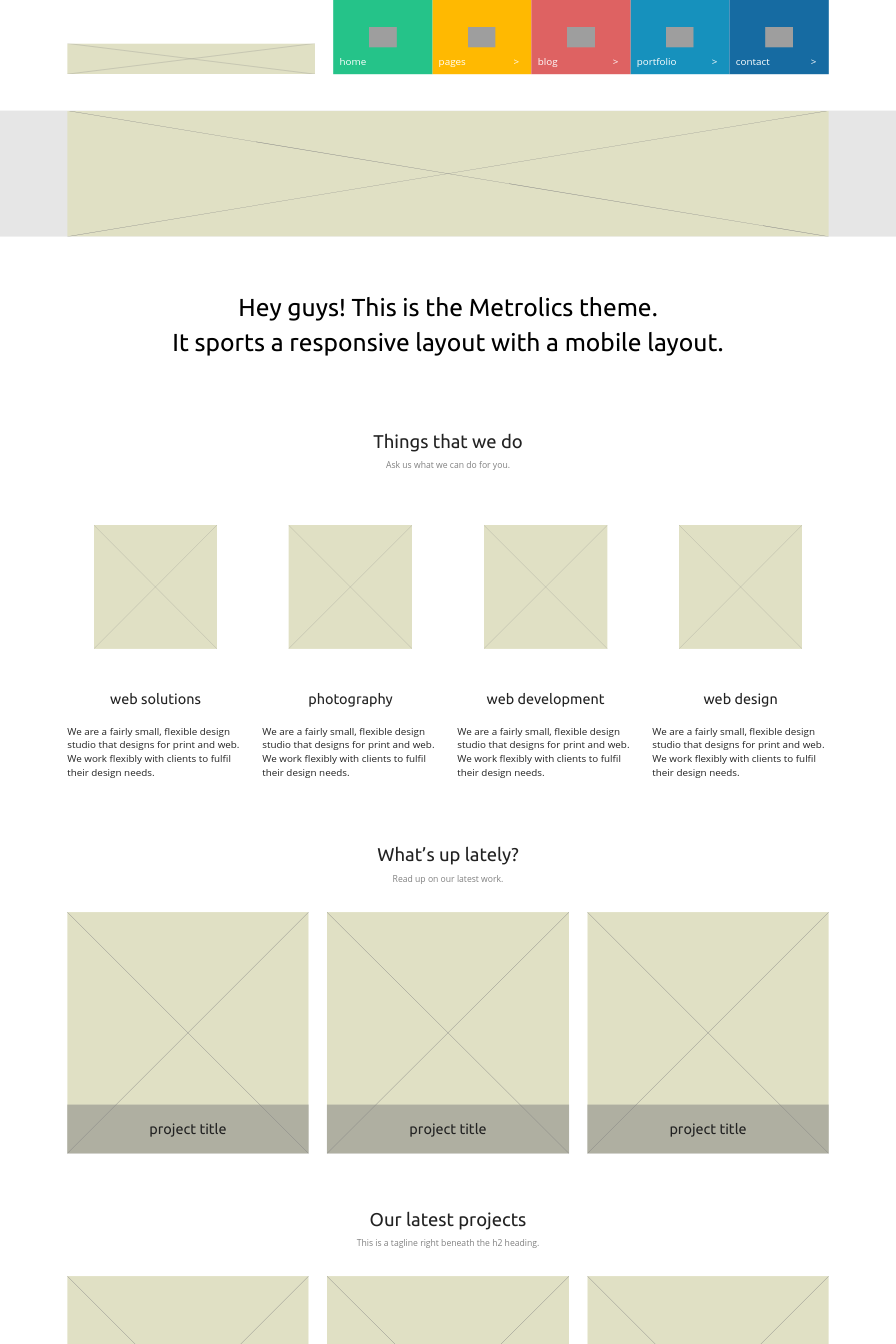
Repository: eilidhma/metrolics
Page: index.html
These files come from the project's save history. The page is drawn as it stood at one moment and after a run of saves; the edit follows.
The browser window is 1280 px wide. The pictures show the part of the page from y = 0 to 1920 px (the page is 3636 px tall), at 70% of full size.
Pictures or frames that could not be fetched are drawn as grey boxes.

Above is the page before, as saved 2021-02-12 16:33:59.

After the next 2 saves:
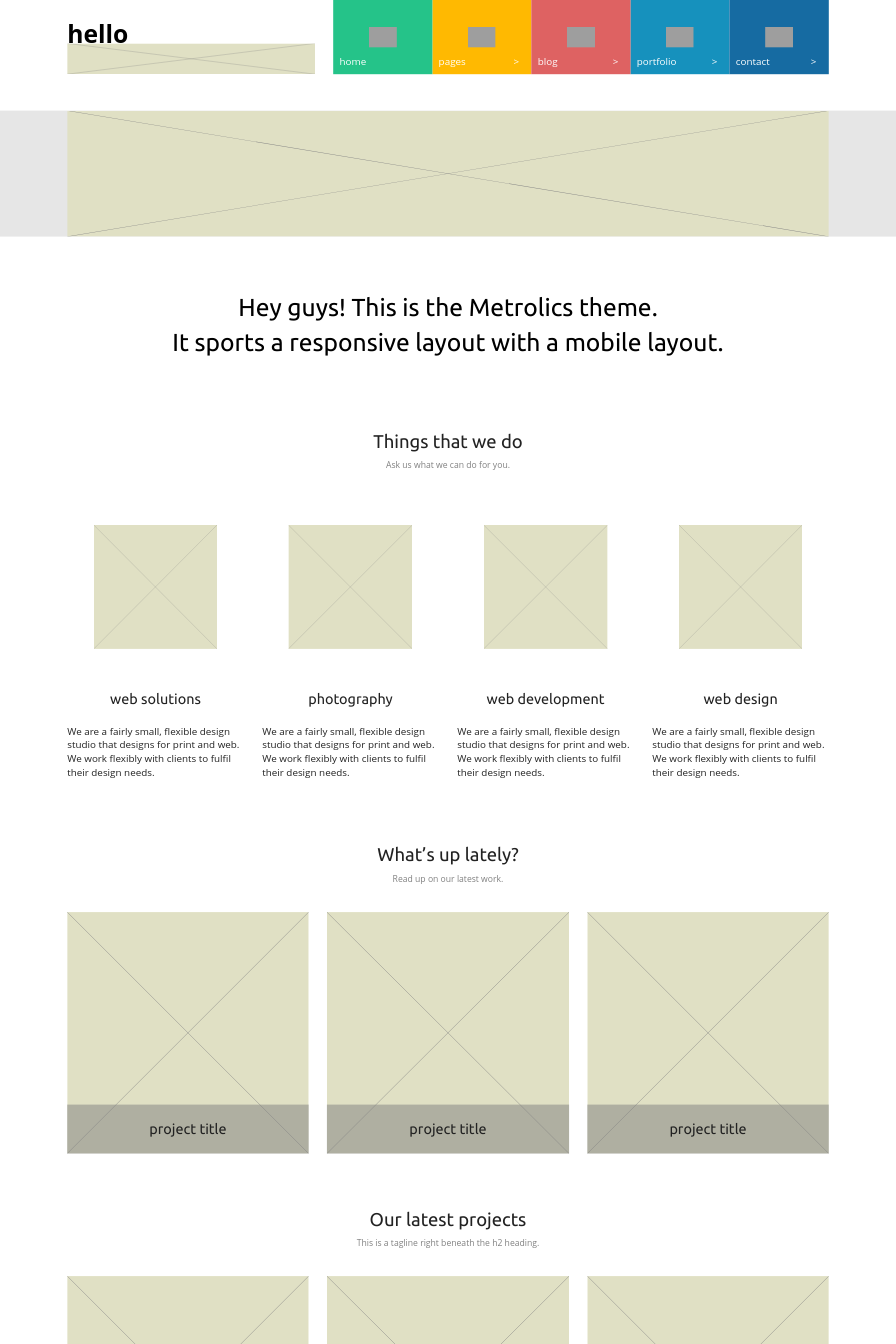
The 2 saves are shown as one change because they came seconds apart.
The last was saved 2 min 22 s later.
--- a/index.html
+++ b/index.html
@@ -29,6 +29,7 @@
         <h1>Metrolics</h1>
       </nav>
       <div class="column">
+        <h1>hello</h1>
         <img class="logo" src="img/placeholder.svg" alt="slider placeholder">
       </div>
       <nav class="column main-nav">

After the save that followed:
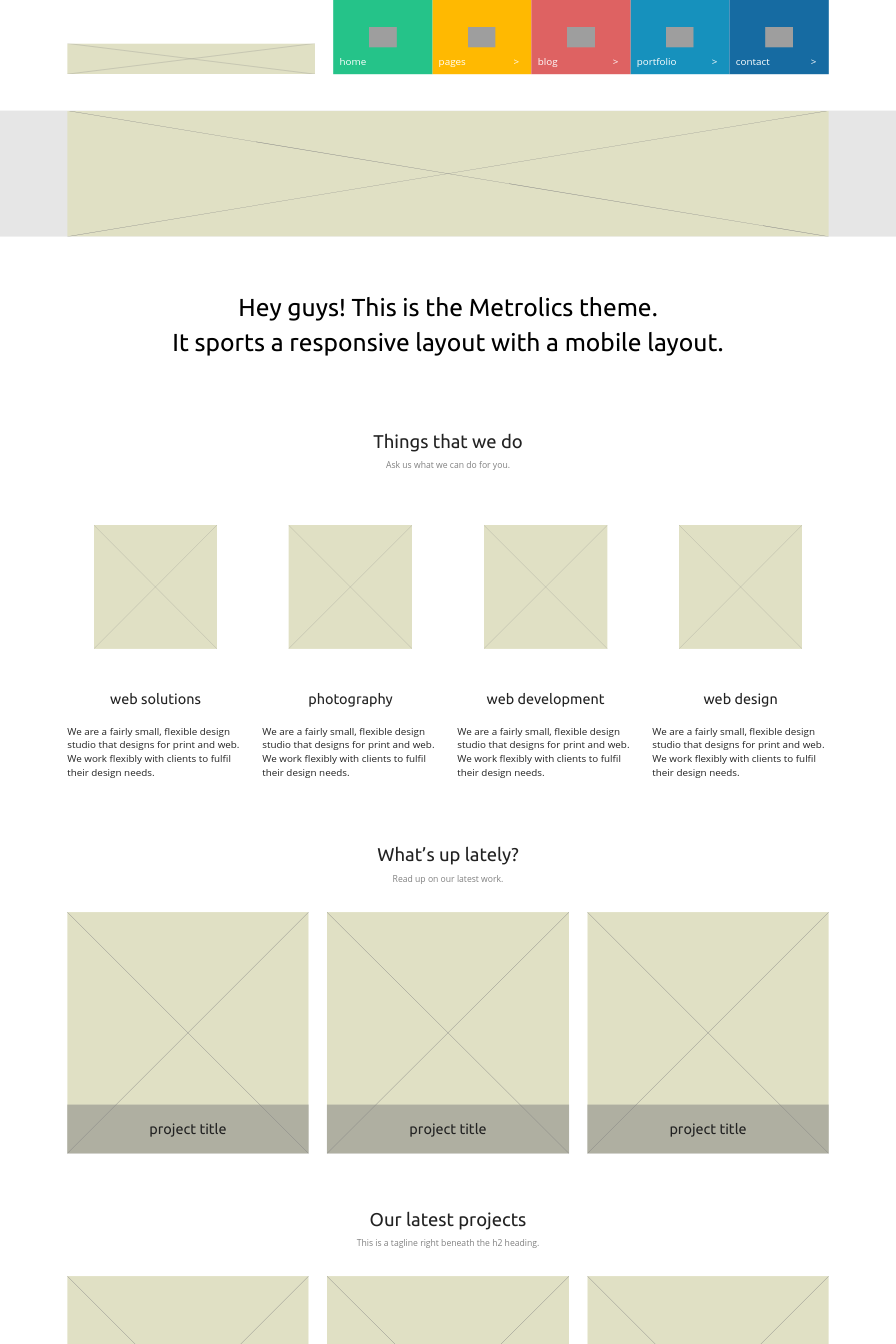
Saved 19 s later.
--- a/index.html
+++ b/index.html
@@ -29,7 +29,7 @@
         <h1>Metrolics</h1>
       </nav>
       <div class="column">
-        <h1>hello</h1>
+        <div></div>
         <img class="logo" src="img/placeholder.svg" alt="slider placeholder">
       </div>
       <nav class="column main-nav">
